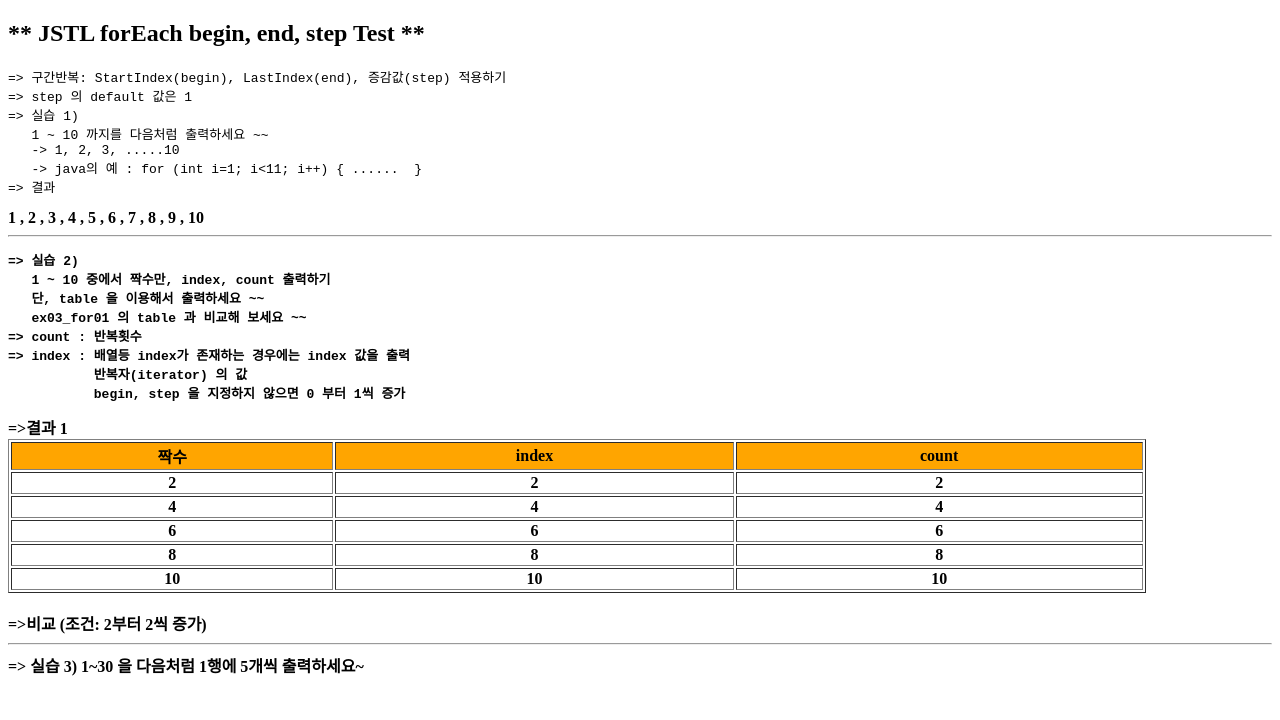
Repository: nameground/Java
Page: http://localhost/Web01/jsp05_JSTL/ex03_for02.jsp
An editor plug-in stored every save of this project. The page is shown before and after the next save, followed by the edit.
The browser window is 1280 px wide. The pictures show the whole page.
The page is served by Tomcat 9. Nobody is signed in. The application's start-up code is not run. Other server files are loaded and not shown.

Above is the page before, as saved 2023-10-13 08:52:26.

### mTest/Mywork/Web01/src/main/webapp/jsp05_JSTL/ex03_for02.jsp
<%@ page language="java" contentType="text/html; charset=UTF-8"
    pageEncoding="UTF-8"%>
<%@ taglib uri="http://java.sun.com/jsp/jstl/core" prefix="c"%>
<!DOCTYPE html>
<html>
<head>
<meta charset="UTF-8">
<title>JSTL forEach begin, end, step Test</title>
</head>
<body>
<h2>** JSTL forEach begin, end, step Test **</h2>
<pre>
=> 구간반복: StartIndex(begin), LastIndex(end), 증감값(step) 적용하기
=> step 의 default 값은 1
=> 실습 1)
   1 ~ 10 까지를 다음처럼 출력하세요 ~~
   -> 1, 2, 3, .....10
   -> java의 예 : for (int i=1; i<11; i++) { ......  }
=> 결과
</pre>
<b>
<c:forEach var="i" begin="1" end="10" step="1" varStatus="vs">
	 ${i}
	 ${vs.last ? "" : ","}
</c:forEach>


<hr><pre>
=> 실습 2)
   1 ~ 10 중에서 짝수만, index, count 출력하기
   단, table 을 이용해서 출력하세요 ~~
   ex03_for01 의 table 과 비교해 보세요 ~~
=> count : 반복횟수
=> index : 배열등 index가 존재하는 경우에는 index 값을 출력
           반복자(iterator) 의 값
           begin, step 을 지정하지 않으면 0 부터 1씩 증가
</pre>
=>결과 1<br>
<table border="1" style="text-align:center; width:90%;">
	<tr style="background-color:orange;">
		<th>짝수</th>
		<th>index</th>
		<th>count</th>
	</tr>
	<c:forEach var="i" begin="1" end="10" step="1" varStatus="vs">
		<c:if test="${i % 2 == 0 }">
			<tr>
				<td>${i}</td>
				<td>${vs.index}</td>
				<td>${vs.count}</td>
			</tr>
		</c:if>
	</c:forEach>
</table>

<br>
=>비교 (조건: 2부터 2씩 증가)



<hr>
=> 실습 3) 1~30 을 다음처럼 1행에 5개씩 출력하세요~<br>
<!--
1,2,3,4,5
6,7,8,9,10
11,12,13,14,15
...
............30 -->

</body>
</html>

After the next save:
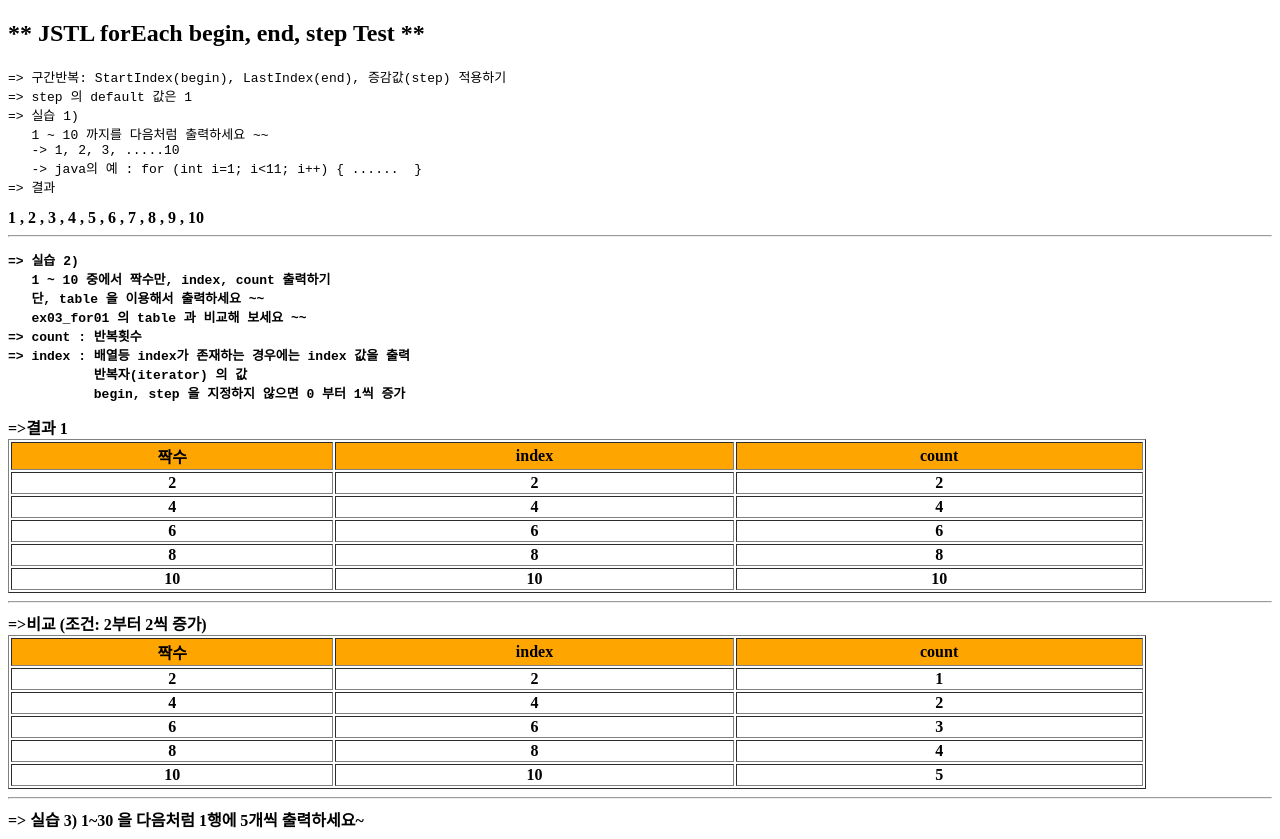
Saved 3 min 53 s later.
--- a/mTest/Mywork/Web01/src/main/webapp/jsp05_JSTL/ex03_for02.jsp
+++ b/mTest/Mywork/Web01/src/main/webapp/jsp05_JSTL/ex03_for02.jsp
@@ -53,8 +53,24 @@
 	</c:forEach>
 </table>
 
-<br>
+<hr>
 =>비교 (조건: 2부터 2씩 증가)
+<table border="1" style="text-align:center; width:90%;">
+	<tr style="background-color:orange;">
+		<th>짝수</th>
+		<th>index</th>
+		<th>count</th>
+	</tr>
+	<c:forEach var="i" begin="2" end="10" step="2" varStatus="vs">
+		<c:if test="${i % 2 == 0 }">
+			<tr>
+				<td>${i}</td>
+				<td>${vs.index}</td>
+				<td>${vs.count}</td>
+			</tr>
+		</c:if>
+	</c:forEach>
+</table>
 
 
 
